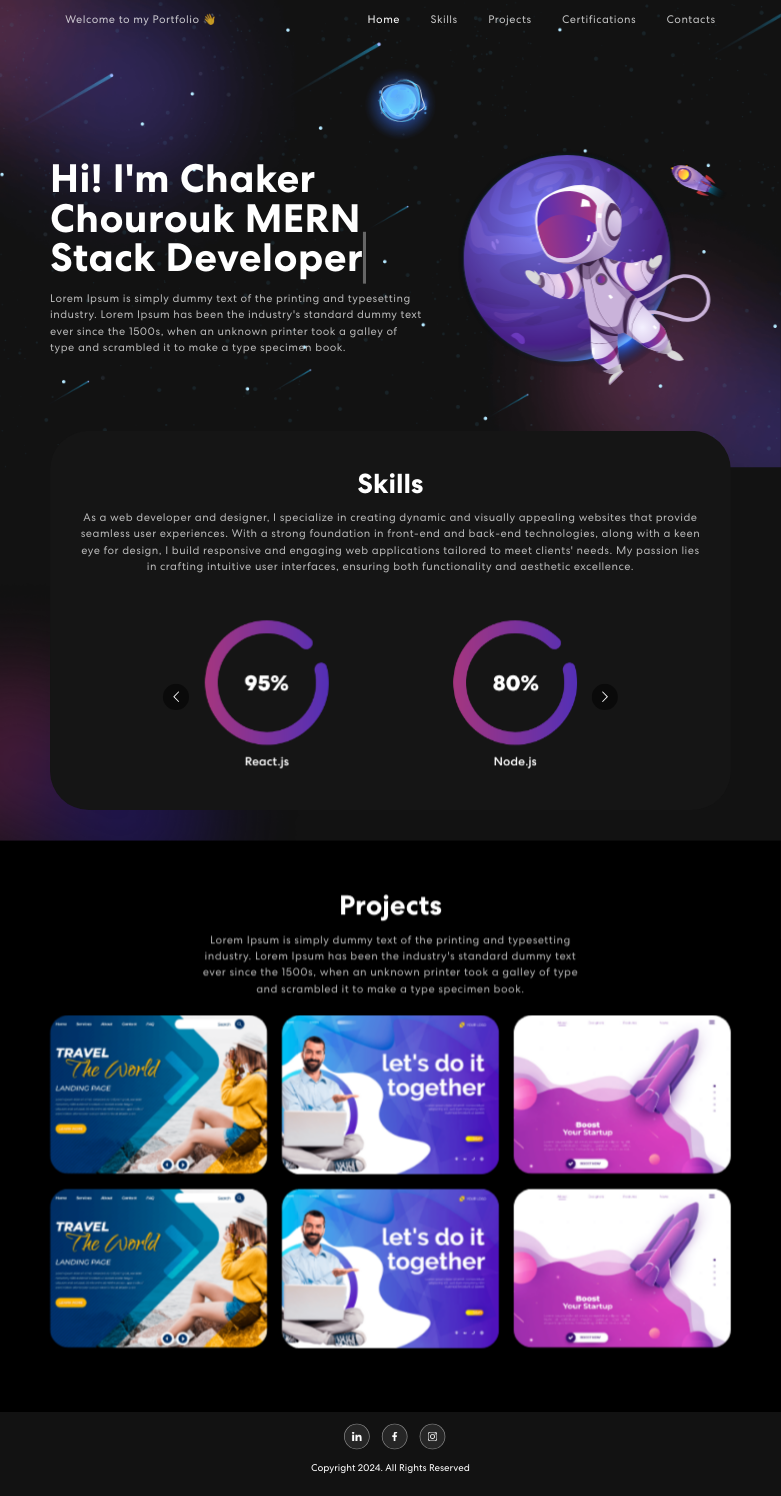
Repository: ChakerChourouk/personal-portfolio
Page: /
These files come from the project's save history. The page is drawn as it stood at one moment and after the next save; the edit follows.
The browser window is 1280 px wide. The pictures show the whole page, at 61% of full size.
The project was rebuilt for these pictures with package versions that can differ from the ones it lists, and the page was loaded fresh each time.

Above is the page before, as saved 2024-09-15 20:48:17.

After the next save:
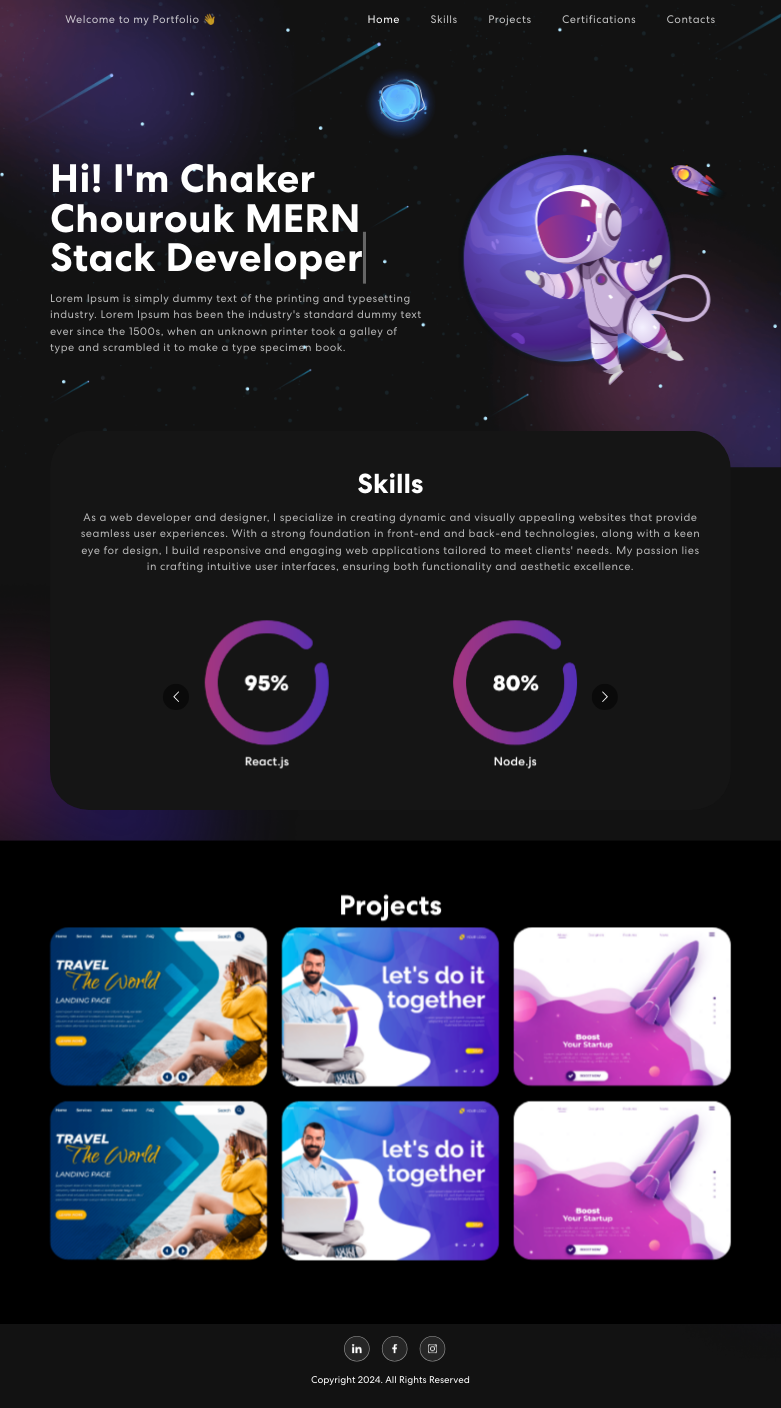
Saved 91 s later.
--- a/src/components/Projects.js
+++ b/src/components/Projects.js
@@ -51,9 +51,7 @@ export const Projects = () => {
               {({ isVisible }) =>
               <div className={isVisible ? "animate__animated animate__fadeIn": ""}>
                 <h2>Projects</h2>
-                <p>Lorem Ipsum is simply dummy text of the printing and typesetting industry. Lorem Ipsum has been the industry's standard dummy text ever since the 1500s, when an unknown printer took a galley of type and scrambled it to make a type specimen book.</p>
                 <Tab.Container id="projects-tabs" defaultActiveKey="first">
-
                   <Tab.Content id="slideInUp" className={isVisible ? "animate__animated animate__slideInUp" : ""}>
                     <Tab.Pane eventKey="first">
                       <Row>
@@ -69,12 +67,6 @@ export const Projects = () => {
                         }
                       </Row>
                     </Tab.Pane>
-                    <Tab.Pane eventKey="section">
-                      <p>Lorem ipsum dolor sit amet consectetur adipisicing elit. Cumque quam, quod neque provident velit, rem explicabo excepturi id illo molestiae blanditiis, eligendi dicta officiis asperiores delectus quasi inventore debitis quo.</p>
-                    </Tab.Pane>
-                    <Tab.Pane eventKey="third">
-                      <p>Lorem ipsum dolor sit amet consectetur adipisicing elit. Cumque quam, quod neque provident velit, rem explicabo excepturi id illo molestiae blanditiis, eligendi dicta officiis asperiores delectus quasi inventore debitis quo.</p>
-                    </Tab.Pane>
                   </Tab.Content>
                 </Tab.Container>
               </div>}
